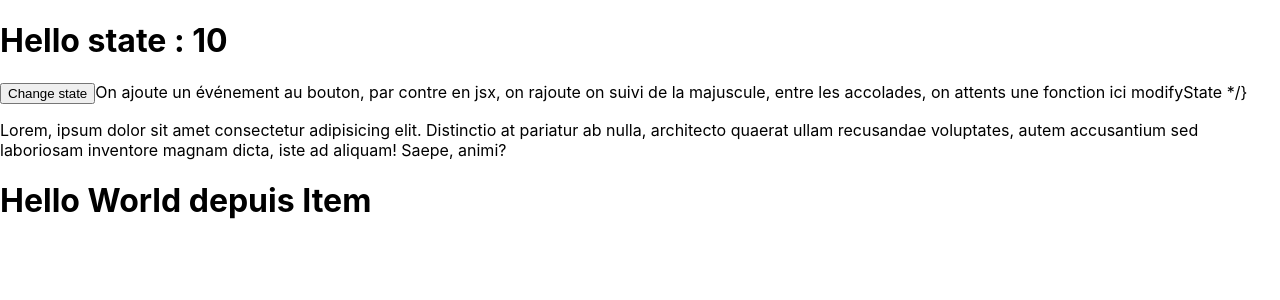
Repository: Michelhof1978/react
Page: / (app in application-react/)
These files come from the project's save history. The page is drawn as it stood at one moment and after a run of saves; the edit follows.
The browser window is 1280 px wide. The pictures show the whole page.
The project was rebuilt for these pictures with package versions that can differ from the ones it lists, and the page was loaded fresh each time.

Above is the page before, as saved 2023-05-13 11:04:07.

After the next 2 saves:
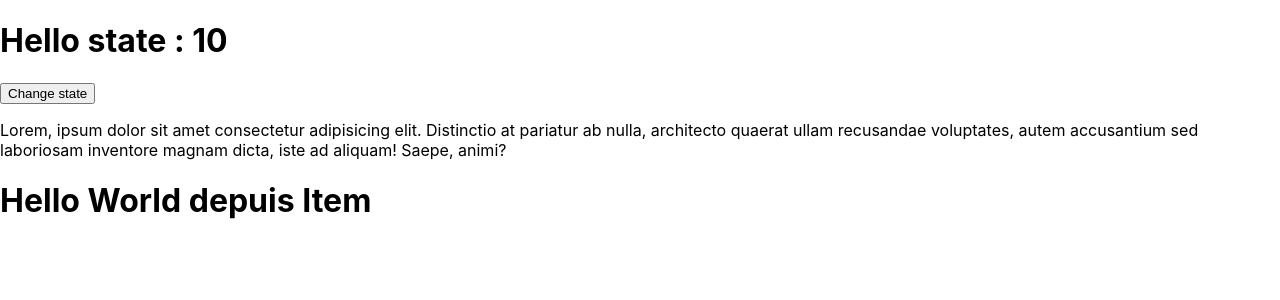
The 2 saves are shown as one change because they came seconds apart.
The last was saved 5 s later.
--- a/application-react/src/App.js
+++ b/application-react/src/App.js
@@ -29,7 +29,7 @@ function App() {//Cette fonction est un composant
     return (
      <div className="App">  {/* Ce n est pas du html mais du jsx, ici on ne mets pas class mais className pour du jsx*/}
       <h1>Hello state : {monState} </h1> {/*on affiche les données du state ds le conposant App*/}
-      <button onClick={modifyState}>Change state</button>On ajoute un événement au bouton, par contre en jsx, on rajoute on suivi de la majuscule, entre les accolades, on attents une fonction ici modifyState */}
+      <button onClick={modifyState}>Change state</button> {/*On ajoute un événement au bouton, par contre en jsx, on rajoute on suivi de la majuscule, entre les accolades, on attents une fonction ici modifyState */}
 
      <p>Lorem, ipsum dolor sit amet consectetur adipisicing elit. Distinctio at pariatur ab nulla, architecto quaerat ullam recusandae voluptates, autem accusantium sed laboriosam inventore magnam dicta, iste ad aliquam! Saepe, animi?</p>
       <Item />  {/*On récupére le composant Item de Item.js */}
